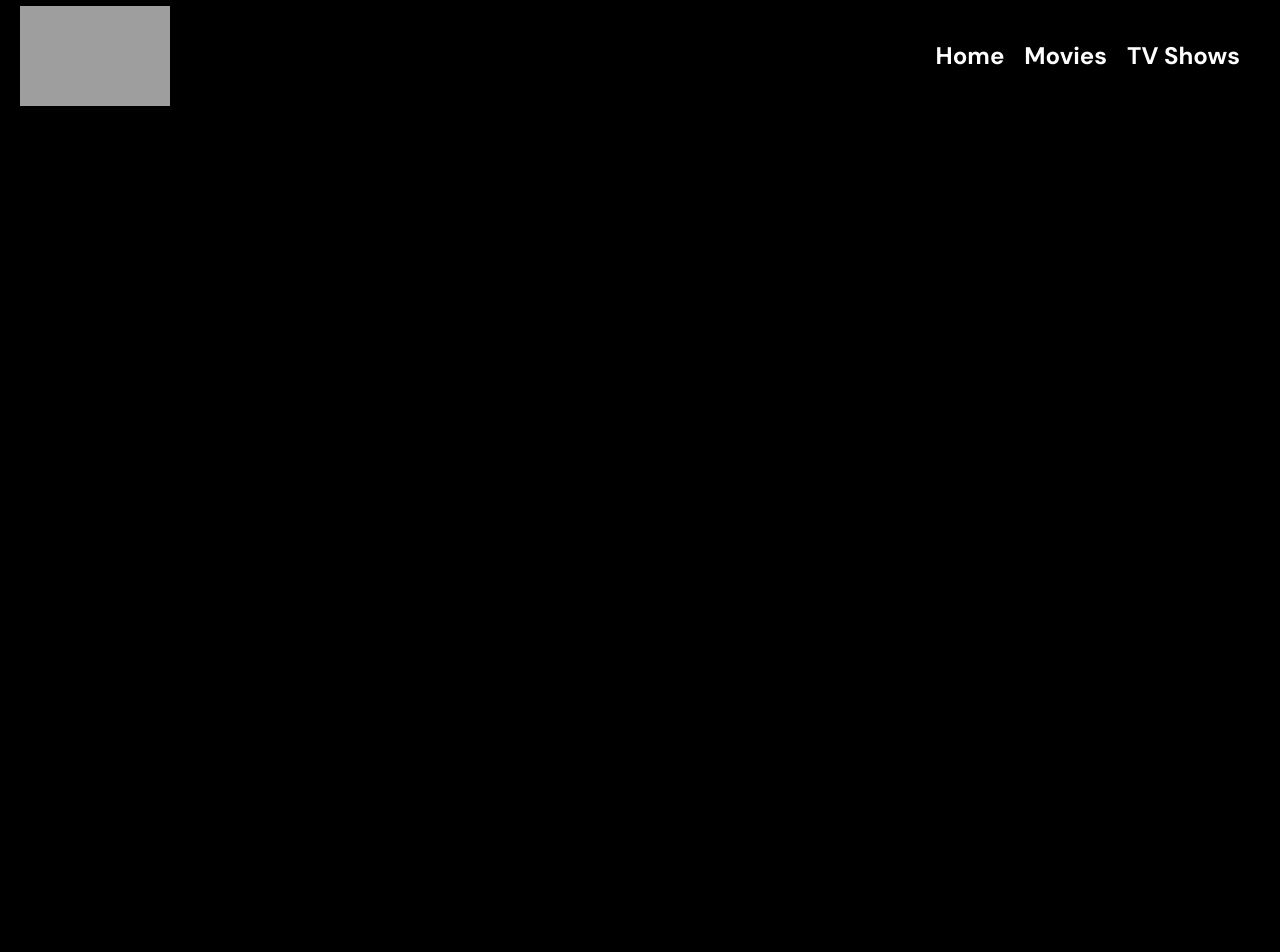
Repository: quynguyenn97/react-movie-app
Page: /
An editor plug-in stored every save of this project. The page is shown before and after the next save, followed by the edit.
The browser window is 1280 px wide. The pictures show the part of the page from y = 0 to 952 px (the page is 1996 px tall before and 1984 px after).
Pictures or frames that could not be fetched are drawn as grey boxes. The page's requests for data from a server got no answer. The project was rebuilt for these pictures with package versions that can differ from the ones it lists, and the page was loaded fresh each time. No one was signed in, and anything a server would have sent is missing. Also part of the build but not shown: src/components/button/Button.js, src/hook/useDebounce.js, src/components/shows/ShowsCard.js, src/pages/ShowPage.js, src/pages/ShowDetailPage.js.

Above is the page before, as saved 2022-10-15 09:08:55.

### public/index.html
<!DOCTYPE html>
<html lang="en">
    <head>
        <meta charset="utf-8" />
        <link rel="icon" href="%PUBLIC_URL%/favicon.ico" />
        <meta name="viewport" content="width=device-width, initial-scale=1" />
        <meta name="theme-color" content="#000000" />
        <meta
            name="description"
            content="Web site created using create-react-app" />
        <link rel="apple-touch-icon" href="%PUBLIC_URL%/logo192.png" />
        <!--
      manifest.json provides metadata used when your web app is installed on a
      user's mobile device or desktop. See https://developers.google.com/web/fundamentals/web-app-manifest/
    -->
        <link rel="manifest" href="%PUBLIC_URL%/manifest.json" />
        <!--
      Notice the use of %PUBLIC_URL% in the tags above.
      It will be replaced with the URL of the `public` folder during the build.
      Only files inside the `public` folder can be referenced from the HTML.

      Unlike "/favicon.ico" or "favicon.ico", "%PUBLIC_URL%/favicon.ico" will
      work correctly both with client-side routing and a non-root public URL.
      Learn how to configure a non-root public URL by running `npm run build`.
    -->
        <link rel="preconnect" href="https://fonts.googleapis.com" />
        <link rel="preconnect" href="https://fonts.gstatic.com" crossorigin />
        <link
            href="https://fonts.googleapis.com/css2?family=DM+Sans:wght@400;500;700&display=swap"
            rel="stylesheet" />
        <title>React App</title>
    </head>
    <body>
        <noscript>You need to enable JavaScript to run this app.</noscript>
        <div id="root"></div>
        <!--
      This HTML file is a template.
      If you open it directly in the browser, you will see an empty page.

      You can add webfonts, meta tags, or analytics to this file.
      The build step will place the bundled scripts into the <body> tag.

      To begin the development, run `npm start` or `yarn start`.
      To create a production bundle, use `npm run build` or `yarn build`.
    --></body>
</html>

### src/index.js
import React from "react";
import ReactDOM from "react-dom/client";
import "./index.scss";
import App from "./App";
import reportWebVitals from "./reportWebVitals";
import { BrowserRouter } from "react-router-dom";

const root = ReactDOM.createRoot(document.getElementById("root"));
root.render(
    <BrowserRouter>
        <React.StrictMode>
            <App />
        </React.StrictMode>
    </BrowserRouter>
);

// If you want to start measuring performance in your app, pass a function
// to log results (for example: reportWebVitals(console.log))
// or send to an analytics endpoint. Learn more: https://bit.ly/CRA-vitals
reportWebVitals();

### src/index.scss
@tailwind base;
@tailwind components;
@tailwind utilities;

@layer base {
    body {
        @apply bg-black font-body px-5 text-white;
    }
}
@layer components {
    .page-container {
        max-width: 1280px;
        @apply mx-auto;
    }
    .movie-list .swiper-slide {
        width: 300px;
        height: auto;
    }
    .banner .swiper {
        height: 100%;
    }
    .btn {
        box-shadow: 0 0 6px 6px rgba(#fc2872, 0.3);
    }
    .btn-custom {
        background: linear-gradient(107.61deg, #00a7b4 15.59%, #a4d96c 87.25%);
        border-radius: 8px;
        box-shadow: 0 0 6px 6px rgba(#a4d96c, 0.3);
    }
    .contact :hover {
        color: #a4d96c;
    }
}
.pagination {
    display: flex;
    align-items: center;
    justify-content: center;
    gap: 20px;
    .selected {
        @apply text-primary;
    }
}
.skeleton {
    background-color: #eee;
    background-image: linear-gradient(
        110deg,
        #ececec 8%,
        #f5f5f5 18%,
        #ececec 33%
    );
    background-size: 200% 100%;
    animation: 1.5s shine linear infinite;
}
@keyframes shine {
    to {
        background-position-x: -200%;
    }
}

### src/App.js
import { Fragment, lazy, Suspense } from "react";
import Banner from "./banner/Banner";
import "swiper/scss";
import "swiper/css/autoplay";
import { Route, Routes } from "react-router-dom";
import Main from "./layout/Main";
import ShowPage from "./pages/ShowPage";
import ShowDetailsPage from "./pages/ShowDetailPage";
const HomePage = lazy(() => import("./pages/HomePage"));
const MovieDetailsPage = lazy(() => import("./pages/MovieDetailsPage"));
const MoviePage = lazy(() => import("./pages/MoviePage"));

function App() {
    return (
        <Fragment>
            <Suspense fallback={<></>}>
                <Routes>
                    <Route element={<Main></Main>}>
                        <Route
                            path="/"
                            element={
                                <>
                                    <Banner></Banner>
                                    <HomePage></HomePage>
                                </>
                            }></Route>
                        <Route
                            path="/movies"
                            element={<MoviePage></MoviePage>}></Route>
                        <Route
                            path="/movie/:movieId"
                            element={
                                <MovieDetailsPage></MovieDetailsPage>
                            }></Route>
                        <Route
                            path="/shows"
                            element={<ShowPage></ShowPage>}></Route>
                        <Route
                            path="/show/:showId"
                            element={
                                <ShowDetailsPage></ShowDetailsPage>
                            }></Route>
                    </Route>
                </Routes>
            </Suspense>
        </Fragment>
    );
}

export default App;

### src/layout/Main.js
import React, { Fragment } from "react";
import Header from "./Header";
import { Outlet } from "react-router-dom";
const Main = () => {
    return (
        <Fragment>
            <Header></Header>
            <Outlet></Outlet>
        </Fragment>
    );
};

export default Main;

### src/pages/HomePage.js
import React, { Fragment } from "react";
import MovieList from "../components/movie/MovieList";
import ShowsList from "../components/shows/ShowsList";
import Footer from "../layout/Footer";
const HomePage = () => {
    return (
        <Fragment>
            <section className="movies-layout page-container pb-20">
                <h2 className="text-primary capitalize mb-5 text-3xl font-bold">
                    Now playing
                </h2>
                <MovieList></MovieList>
                <div className="movie-list grid grid-cols-4 gap-10"></div>
            </section>
            <section className="movies-layout page-container pb-20">
                <h2 className="text-primary capitalize mb-5 text-3xl font-bold">
                    Top Rated
                </h2>
                <MovieList type="top_rated"></MovieList>
            </section>
            <section className="movies-layout page-container pb-20">
                <h2 className="text-primary capitalize mb-5 text-3xl font-bold">
                    Trending
                </h2>
                <MovieList type="popular"></MovieList>
            </section>
            <section className="movies-layout page-container pb-20">
                <h2 className="text-[#88d13a] capitalize mb-5 text-3xl font-bold">
                    TV Shows
                </h2>
                <ShowsList type="popular"></ShowsList>
            </section>
            <Footer />
        </Fragment>
    );
};

export default HomePage;

### src/config.js
export const fetcher = (...args) => fetch(...args).then((res) => res.json());
export const apiKey = "5b6bd71d2eb24fb649d55629a64802ff";
const tmdbEndpoint = "https://api.themoviedb.org/3/movie";
const tmdbEndpointTV = "https://api.themoviedb.org/3/tv";
const tmdbEndpointSearch = "https://api.themoviedb.org/3/search/movie";
const tmdbEndpointSearchTV = "https://api.themoviedb.org/3/search/tv";
export const tmdbAPI = {
    getMovieList: (type, page = 2) =>
        `${tmdbEndpoint}/${type}?api_key=${apiKey}&page=${page}`,
    getMovieDetails: (movieId) =>
        `${tmdbEndpoint}/${movieId}?api_key=${apiKey}`,
    getMovieMeta: (movieId, type) =>
        `${tmdbEndpoint}/${movieId}/${type}?api_key=${apiKey}`,
    getMovieSearch: (query, page) =>
        `${tmdbEndpointSearch}?api_key=${apiKey}&query=${query}&page=${page}`,
    getTVList: (type, page = 1) =>
        `${tmdbEndpointTV}/${type}?api_key=${apiKey}&page=${page}`,
    getTVSearch: (query, page) =>
        `${tmdbEndpointSearchTV}?api_key=${apiKey}&query=${query}&page=${page}`,
    getTVDetails: (showId) => `${tmdbEndpointTV}/${showId}?api_key=${apiKey}`,
    getTVMeta: (showId, type) =>
        `${tmdbEndpointTV}/${showId}/${type}?api_key=${apiKey}`,

    imageOriginal: (url) => `https://image.tmdb.org/t/p/original/${url}`,
    image500: (url) => `https://image.tmdb.org/t/p/w500/${url}`,
};

### src/layout/Header.js
import React from "react";
import { NavLink } from "react-router-dom";

const Header = () => {
    return (
        <header>
            <div className="flex items-center justify-between page-container flex-wrap sm:flex-nowrap ">
                <div className="w-[250px] h-[50px] sm:w-[150px] sm:h-[100px] mx-auto sm:mx-0 mt-4 sm:mt-0">
                    <img
                        src="https://i0.wp.com/www.downloadfonts.io/wp-content/uploads/2021/09/Netflix-Logo-Font.png?fit=1024%2C581&ssl=1"
                        alt=""
                        className="object-cover w-full h-full"
                    />
                </div>
                <div className="header flex items-center justify-end mr-0 md:mr-5 gap-x-2 md:gap-x-5 text-white py-10  text-2xl sm:text-2xl font-bold ">
                    <NavLink
                        to="/"
                        className={({ isActive }) =>
                            isActive ? "text-white" : ""
                        }>
                        Home
                    </NavLink>
                    <NavLink
                        to="/movies"
                        className={({ isActive }) =>
                            isActive ? "text-primary" : ""
                        }>
                        Movies
                    </NavLink>
                    <NavLink
                        to="/shows"
                        className={({ isActive }) =>
                            isActive ? "text-[#52851b]" : ""
                        }>
                        TV Shows
                    </NavLink>
                </div>
            </div>
        </header>
    );
};

export default Header;

### src/components/movie/MovieList.js
import React, { useEffect, useState } from "react";
import { SwiperSlide, Swiper } from "swiper/react";
import useSWR from "swr";
import { fetcher } from "../../config";
import MovieCard, { MovieCardSkeleton } from "./MovieCard";
import { tmdbAPI } from "../../config";

const MovieList = ({ type = "now_playing" }) => {
    const { data, error } = useSWR(tmdbAPI.getMovieList(type), fetcher);
    const isLoading = !data && !error;
    const movie = data?.results || [];
    return (
        <div className="movie-list">
            {isLoading && (
                <>
                    <Swiper
                        grabCursor={"true"}
                        spaceBetween={40}
                        slidesPerView={"auto"}>
                        <SwiperSlide>
                            <MovieCardSkeleton></MovieCardSkeleton>
                        </SwiperSlide>
                        <SwiperSlide>
                            <MovieCardSkeleton></MovieCardSkeleton>
                        </SwiperSlide>
                        <SwiperSlide>
                            <MovieCardSkeleton></MovieCardSkeleton>
                        </SwiperSlide>
                        <SwiperSlide>
                            <MovieCardSkeleton></MovieCardSkeleton>
                        </SwiperSlide>
                        <SwiperSlide>
                            <MovieCardSkeleton></MovieCardSkeleton>
                        </SwiperSlide>
                    </Swiper>
                </>
            )}
            {!isLoading && (
                <Swiper
                    grabCursor={"true"}
                    spaceBetween={40}
                    slidesPerView={"auto"}>
                    {movie &&
                        movie.length > 0 &&
                        movie.map((item) => {
                            return (
                                <SwiperSlide key={`movie-${item.id}`}>
                                    <MovieCard item={item}></MovieCard>
                                </SwiperSlide>
                            );
                        })}
                </Swiper>
            )}
        </div>
    );
};

export default MovieList;

### src/components/shows/ShowsList.js
import React from "react";
import { SwiperSlide, Swiper } from "swiper/react";
import useSWR from "swr";
import { fetcher } from "../../config";
import { MovieCardSkeleton } from "../movie/MovieCard";
import { tmdbAPI } from "../../config";
import ShowsCard from "./ShowsCard";

const ShowList = ({ type = "top_rated" }) => {
    const { data, error } = useSWR(tmdbAPI.getTVList(type), fetcher);
    const isLoading = !data && !error;
    const show = data?.results || [];
    return (
        <div className="movie-list">
            {isLoading && (
                <>
                    <Swiper
                        grabCursor={"true"}
                        spaceBetween={40}
                        slidesPerView={"auto"}>
                        <SwiperSlide>
                            <MovieCardSkeleton></MovieCardSkeleton>
                        </SwiperSlide>
                        <SwiperSlide>
                            <MovieCardSkeleton></MovieCardSkeleton>
                        </SwiperSlide>
                        <SwiperSlide>
                            <MovieCardSkeleton></MovieCardSkeleton>
                        </SwiperSlide>
                        <SwiperSlide>
                            <MovieCardSkeleton></MovieCardSkeleton>
                        </SwiperSlide>
                        <SwiperSlide>
                            <MovieCardSkeleton></MovieCardSkeleton>
                        </SwiperSlide>
                    </Swiper>
                </>
            )}
            {!isLoading && (
                <Swiper
                    grabCursor={"true"}
                    spaceBetween={40}
                    slidesPerView={"auto"}>
                    {show &&
                        show.length > 0 &&
                        show.map((item) => {
                            return (
                                <SwiperSlide key={`movie-${item.id}`}>
                                    <ShowsCard item={item}></ShowsCard>
                                </SwiperSlide>
                            );
                        })}
                </Swiper>
            )}
        </div>
    );
};

export default ShowList;

### src/layout/Footer.js
import React from "react";

const Footer = () => {
    return (
        <div className="w-full h-[500px] relative page-container">
            <img
                src="https://movie-clone-sigma.vercel.app/static/media/footer-bg.67e95f05e76a8cebf7e2.jpg"
                alt=""
                className="object-cover h-[500px] w-full absolute"
            />
            <h3 className="text-[#fc2872] absolute text-2xl font-bold bottom-[45%] left-[45%] contact">
                <a href="https://www.facebook.com/nguyenhoangtrongquy/">
                    Contact Me
                </a>
            </h3>
        </div>
    );
};

export default Footer;

### src/components/loading/LoadingSkeleton.js
import React from "react";

const LoadingSkeleton = (props) => {
    return (
        <div
            className={`skeleton ${props.className}`}
            style={{
                height: props.height,
                width: props.width || "100%",
                borderRadius: props.radius,
            }}></div>
    );
};

export default LoadingSkeleton;

### tailwind.config.js
/** @type {import('tailwindcss').Config} */
module.exports = {
    content: ["./src/**/*.{js,jsx,ts,tsx}"],
    theme: {
        extend: {
            fontFamily: {
                body: ["DM sans", "sans-serif"],
            },
            colors: {
                primary: "#FC2872",
                secondary: "#6F5CF1",
            },
        },
    },
    plugins: [],
};

Loaded but not shown: src/reportWebVitals.js (common file); src/components/movie/MovieCard.js (87 lines, source omitted); src/banner/Banner.js (68 lines, source omitted)

After the next save:
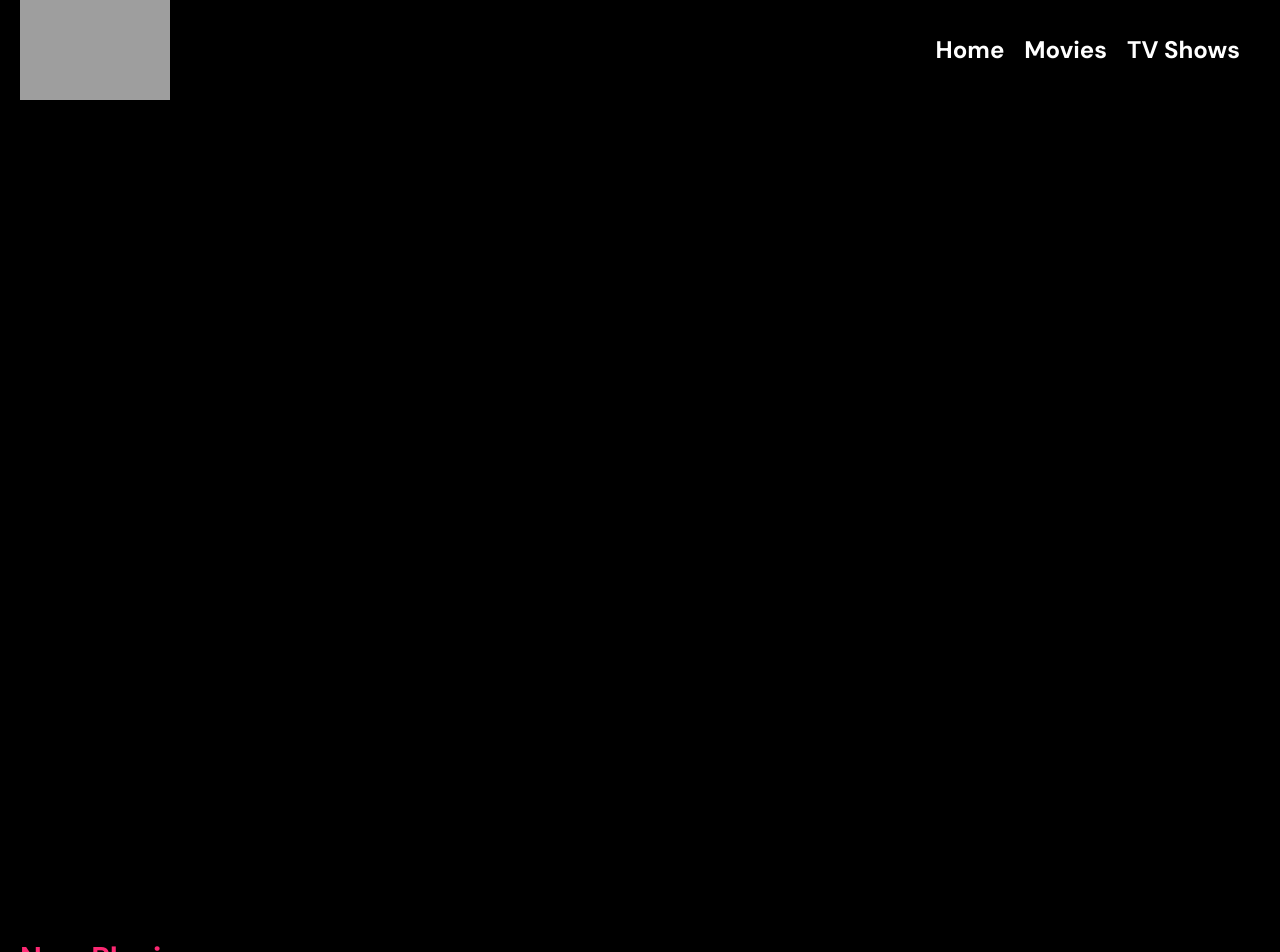
Saved 81 s later.
--- a/src/layout/Header.js
+++ b/src/layout/Header.js
@@ -12,7 +12,7 @@
                         className="object-cover w-full h-full"
                     />
                 </div>
-                <div className="header flex items-center justify-end mr-0 md:mr-5 gap-x-2 md:gap-x-5 text-white py-10  text-2xl sm:text-2xl font-bold ">
+                <div className="header flex items-center justify-end mr-0 md:mr-5 gap-x-2 md:gap-x-5 text-white py-1  text-2xl sm:text-2xl font-bold ">
                     <NavLink
                         to="/"
                         className={({ isActive }) =>

After the 3 saves that followed:
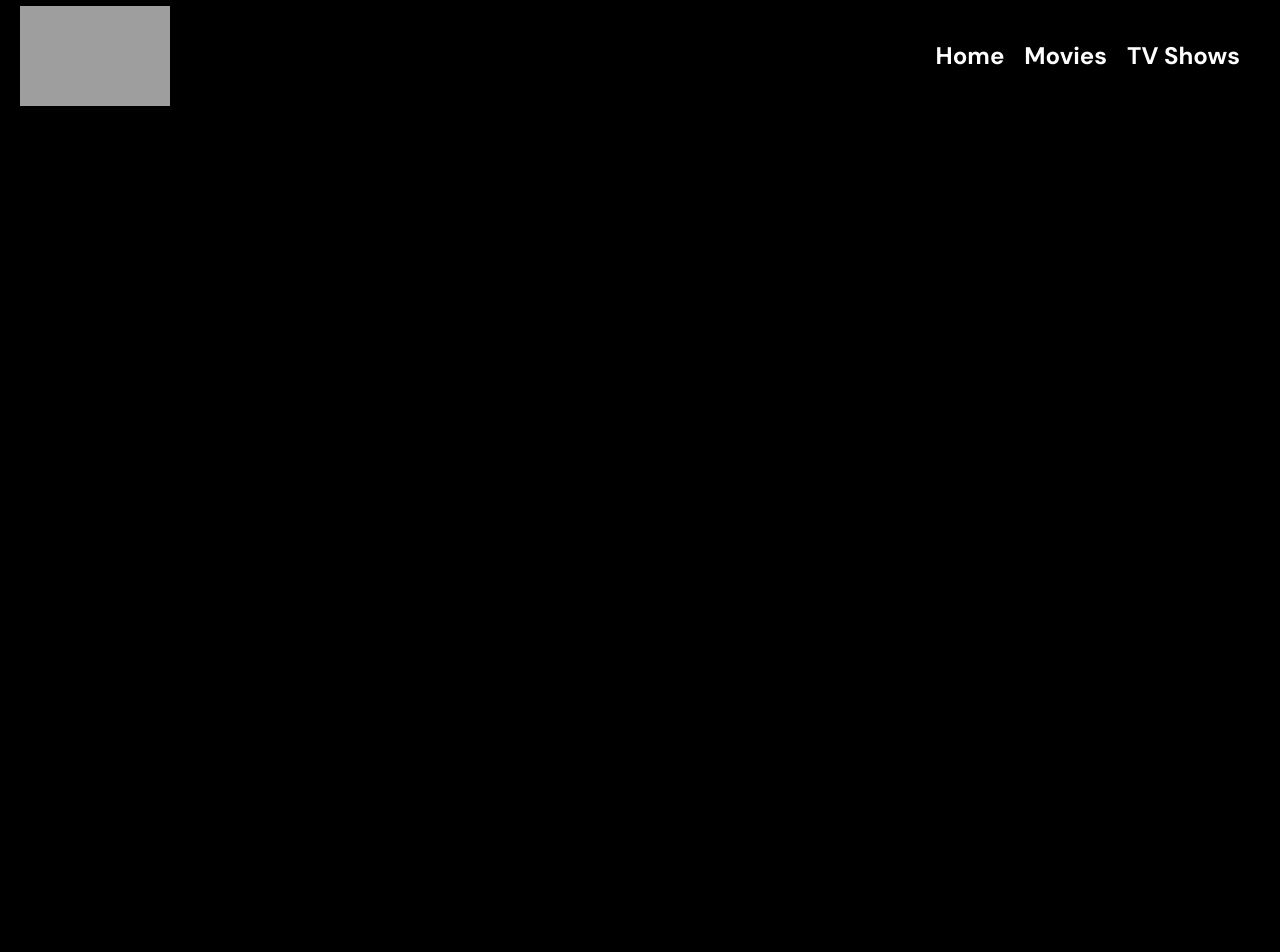
The 3 saves are shown as one change because 1 left the picture as it was and some came seconds apart.
The last was saved 17 s later.
--- a/src/layout/Header.js
+++ b/src/layout/Header.js
@@ -12,7 +12,7 @@
                         className="object-cover w-full h-full"
                     />
                 </div>
-                <div className="header flex items-center justify-end mr-0 md:mr-5 gap-x-2 md:gap-x-5 text-white py-1  text-2xl sm:text-2xl font-bold ">
+                <div className="header flex items-center justify-end mr-0 md:mr-5 gap-x-2 md:gap-x-5 text-white py-5 sm:py-10  text-2xl sm:text-2xl font-bold ">
                     <NavLink
                         to="/"
                         className={({ isActive }) =>
